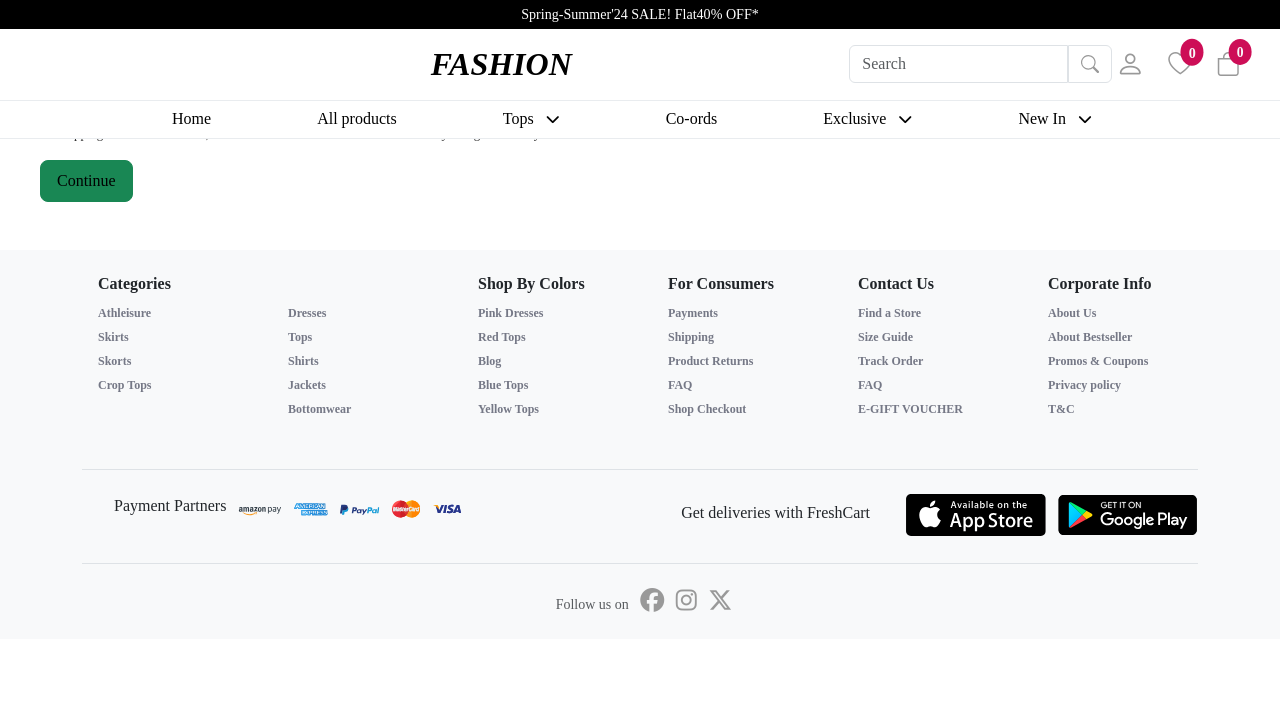
Repository: rutvija-mali/E-commerce
Page: http://localhost/my-fashion-app/logout.jsp
The author's editor kept a copy of each file at every save. The page is drawn from the files as they stood at one save, then again after the next save.
The browser window is 1280 px wide. The pictures show the whole page.
Some web fonts or font styles are not loaded; a fallback is used. Some web libraries are served in a nearby version. The page is served by Tomcat 10.

Above is the page before, as saved 2024-07-09 05:13:58.

After the next save:
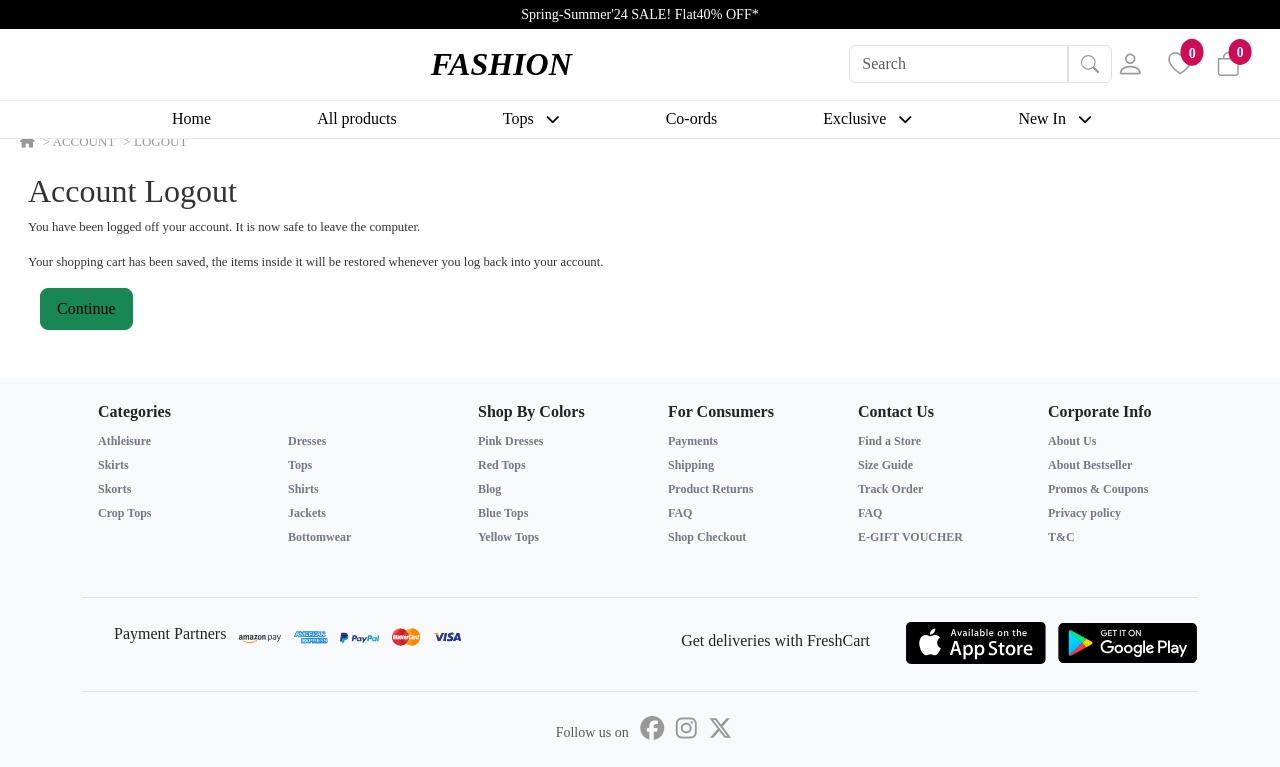
Saved 46 s later.
--- a/my-fashion-app/src/main/webapp/logout.jsp
+++ b/my-fashion-app/src/main/webapp/logout.jsp
@@ -10,7 +10,7 @@
 </head>
 <body>
   <%@ include file="./components/header.jsp" %>
-   <div class="container-fluid ps-3 ">
+   <div class="container-fluid ps-3 " id="container">
         <div class="logout-1">
           <ul class="d-flex list-unstyled">
 	           <li class="p-1"><a href="index.jsp"><i class="fa-solid fa-house"></i></a></li>
